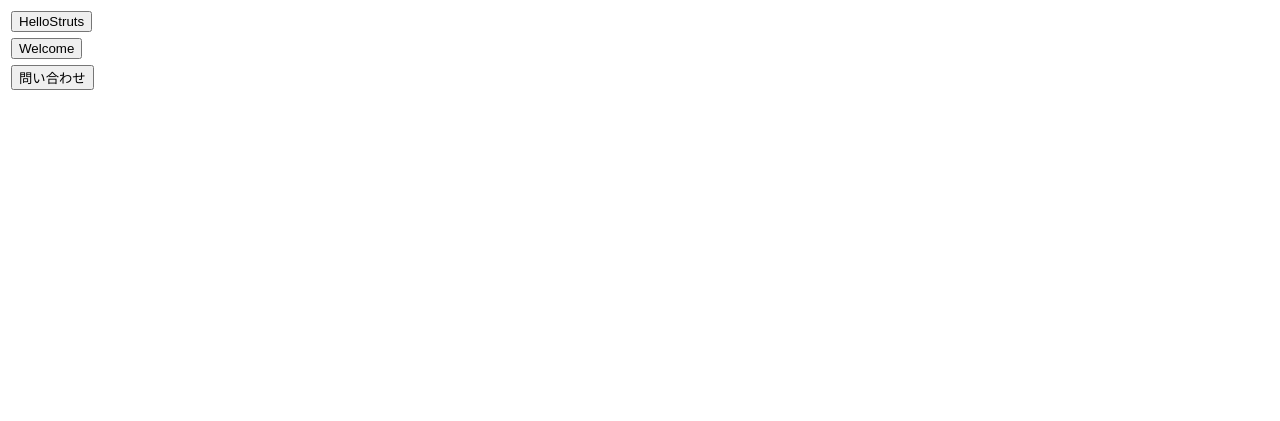
Repository: tanakoji/test
Page: http://localhost/WebProj3/
An editor plug-in stored every save of this project. The page is shown before and after the next save, followed by the edit.
The browser window is 1280 px wide. The pictures show the whole page.
The page is served by Tomcat 9.

Above is the page before, as saved 2018-02-09 05:47:00.

After the next save:
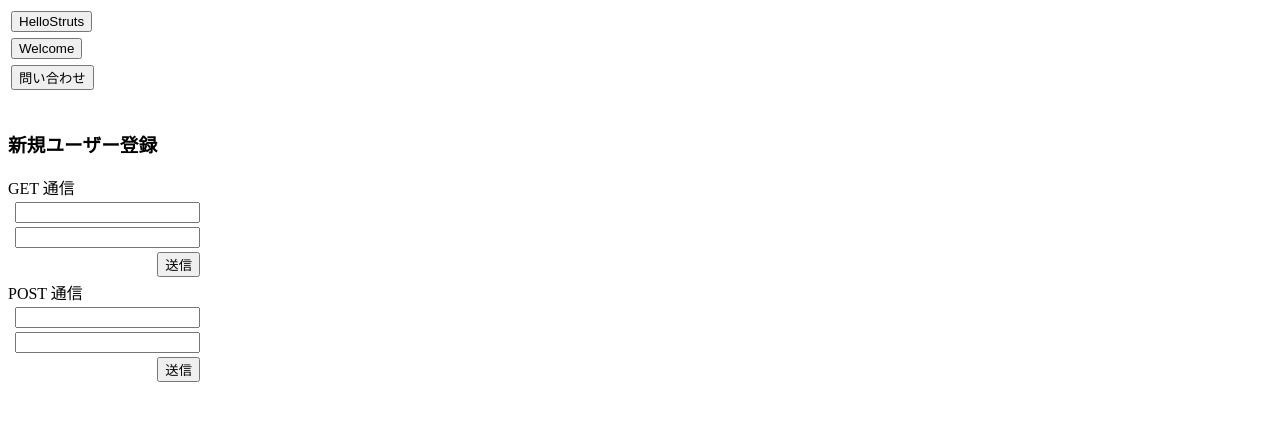
Saved 38 min 14 s later.
--- a/backup/WebProj3/WebContent/index.jsp
+++ b/backup/WebProj3/WebContent/index.jsp
@@ -17,7 +17,22 @@
 	</s:form>
 
 	<s:form action="InquiryAction">
-	<s:submit value="問い合わせ"/>
+		<s:submit value="問い合わせ" />
+	</s:form>
+
+	<br>
+	<h3>新規ユーザー登録</h3>
+	GET 通信
+	<s:form method="get" action="TestAction">
+		<s:textfield name="username" />
+		<s:password name="password" />
+		<s:submit value="送信" />
+	</s:form>
+	POST 通信
+	<s:form method="post" action="TestAction">
+		<s:textfield name="username" />
+		<s:password name="password" />
+		<s:submit value="送信" />
 	</s:form>
 
 </body>
